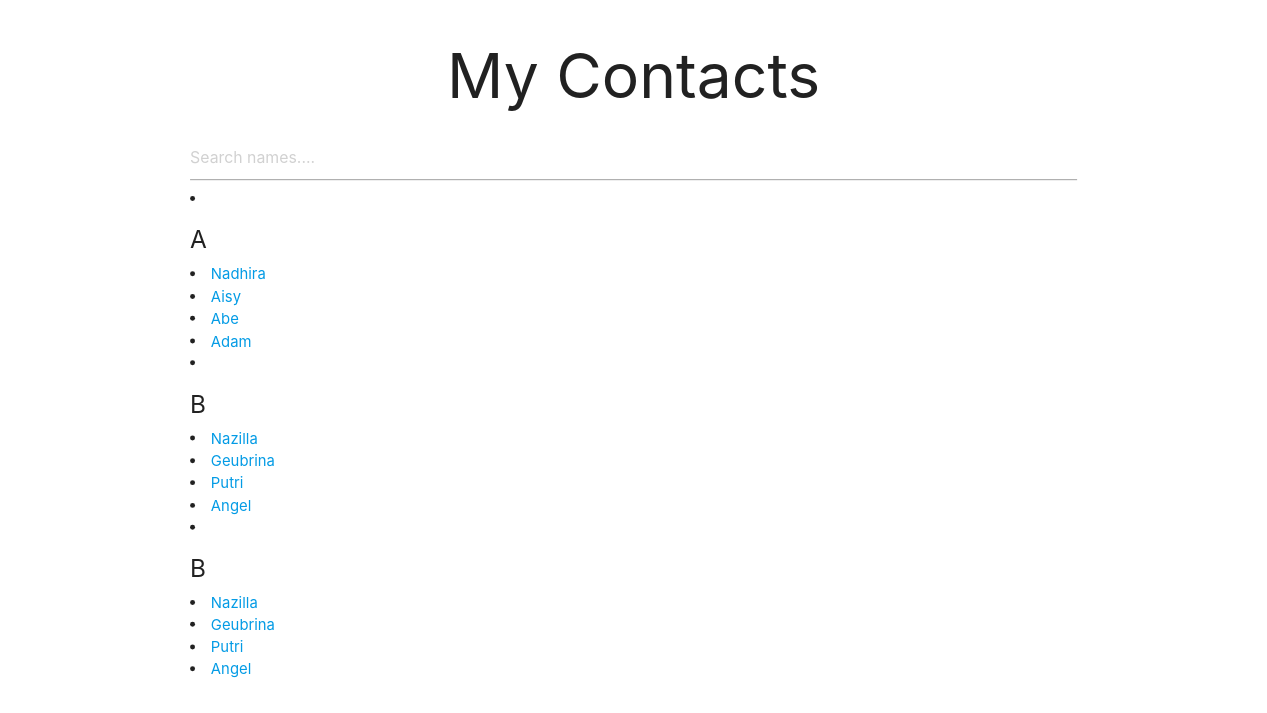
Repository: Fauzaanmhmd/vanillaFilterable
Page: index.html
These files come from the project's save history. The page is drawn as it stood at one moment and after the next save; the edit follows.
The browser window is 1280 px wide. The pictures show the whole page, at 99% of full size.

Above is the page before, as saved 2022-02-16 08:11:45.

After the next save:
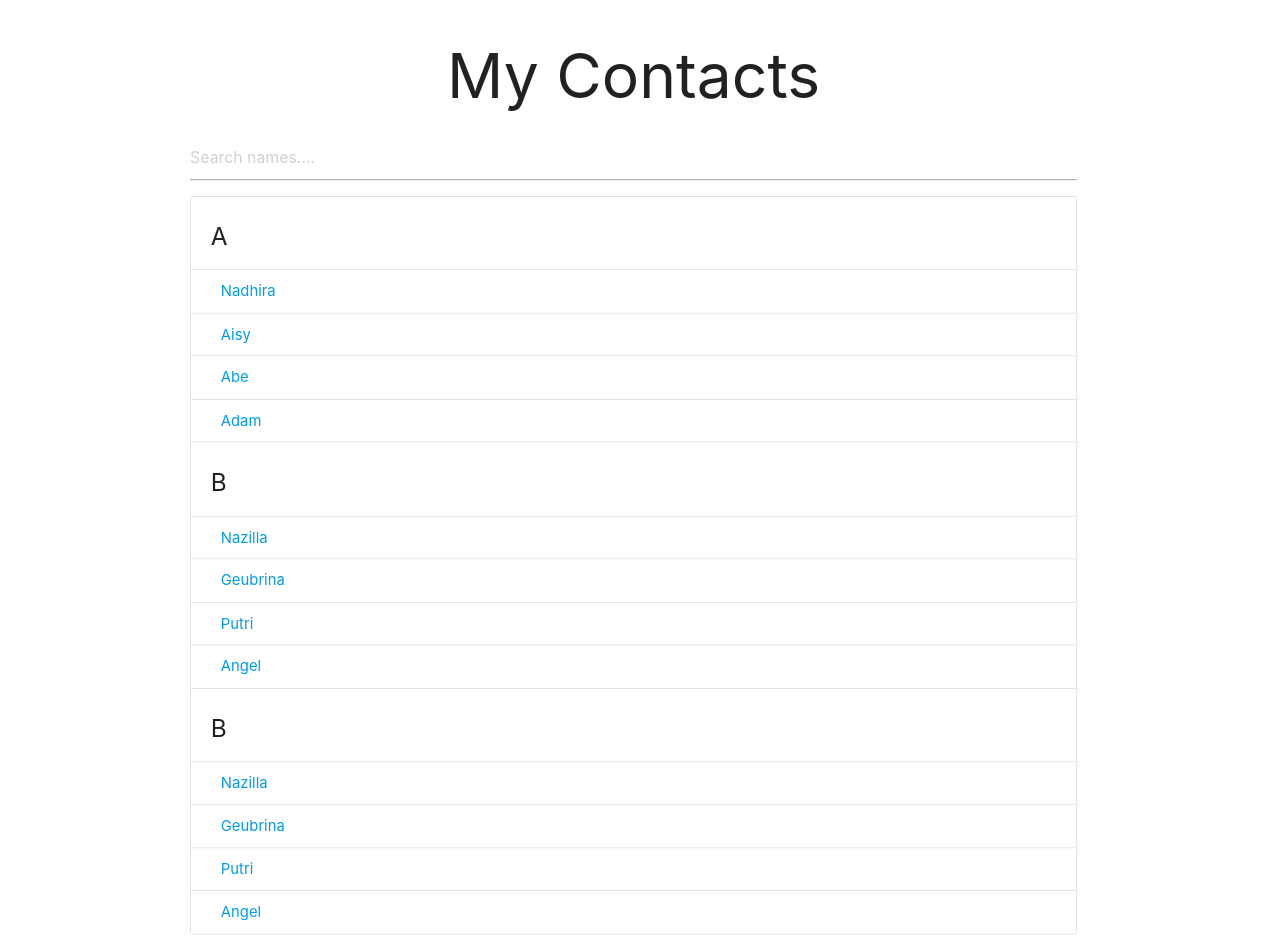
Saved 5 s later.
--- a/index.html
+++ b/index.html
@@ -14,53 +14,53 @@
         <h1 class="center-align">
             My Contacts
         </h1>
-        <input type="text" id="filterInput" placeholder="Search names...." <ul id="names"
-            class="collection with-header">
-        <li class="collection-header">
-            <h5>A</h5>
-        </li>
-        <li class="collection-item">
-            <a href="#">Nadhira</a>
-        </li>
-        <li class="collection-item">
-            <a href="#">Aisy</a>
-        </li>
-        <li class="collection-item">
-            <a href="#">Abe</a>
-        </li>
-        <li class="collection-item">
-            <a href="#">Adam</a>
-        </li>
-        <li class="collection-header">
-            <h5>B</h5>
-        </li>
-        <li class="collection-item">
-            <a href="#">Nazilla</a>
-        </li>
-        <li class="collection-item">
-            <a href="#">Geubrina</a>
-        </li>
-        <li class="collection-item">
-            <a href="#">Putri</a>
-        </li>
-        <li class="collection-item">
-            <a href="#">Angel</a>
-        </li>
-        <li class="collection-header">
-            <h5>B</h5>
-        </li>
-        <li class="collection-item">
-            <a href="#">Nazilla</a>
-        </li>
-        <li class="collection-item">
-            <a href="#">Geubrina</a>
-        </li>
-        <li class="collection-item">
-            <a href="#">Putri</a>
-        </li>
-        <li class="collection-item">
-            <a href="#">Angel</a>
-        </li>
+        <input type="text" id="filterInput" placeholder="Search names....">
+        <ul id="names" class="collection with-header">
+            <li class="collection-header">
+                <h5>A</h5>
+            </li>
+            <li class="collection-item">
+                <a href="#">Nadhira</a>
+            </li>
+            <li class="collection-item">
+                <a href="#">Aisy</a>
+            </li>
+            <li class="collection-item">
+                <a href="#">Abe</a>
+            </li>
+            <li class="collection-item">
+                <a href="#">Adam</a>
+            </li>
+            <li class="collection-header">
+                <h5>B</h5>
+            </li>
+            <li class="collection-item">
+                <a href="#">Nazilla</a>
+            </li>
+            <li class="collection-item">
+                <a href="#">Geubrina</a>
+            </li>
+            <li class="collection-item">
+                <a href="#">Putri</a>
+            </li>
+            <li class="collection-item">
+                <a href="#">Angel</a>
+            </li>
+            <li class="collection-header">
+                <h5>B</h5>
+            </li>
+            <li class="collection-item">
+                <a href="#">Nazilla</a>
+            </li>
+            <li class="collection-item">
+                <a href="#">Geubrina</a>
+            </li>
+            <li class="collection-item">
+                <a href="#">Putri</a>
+            </li>
+            <li class="collection-item">
+                <a href="#">Angel</a>
+            </li>
         </ul>
     </div>
 </body>
